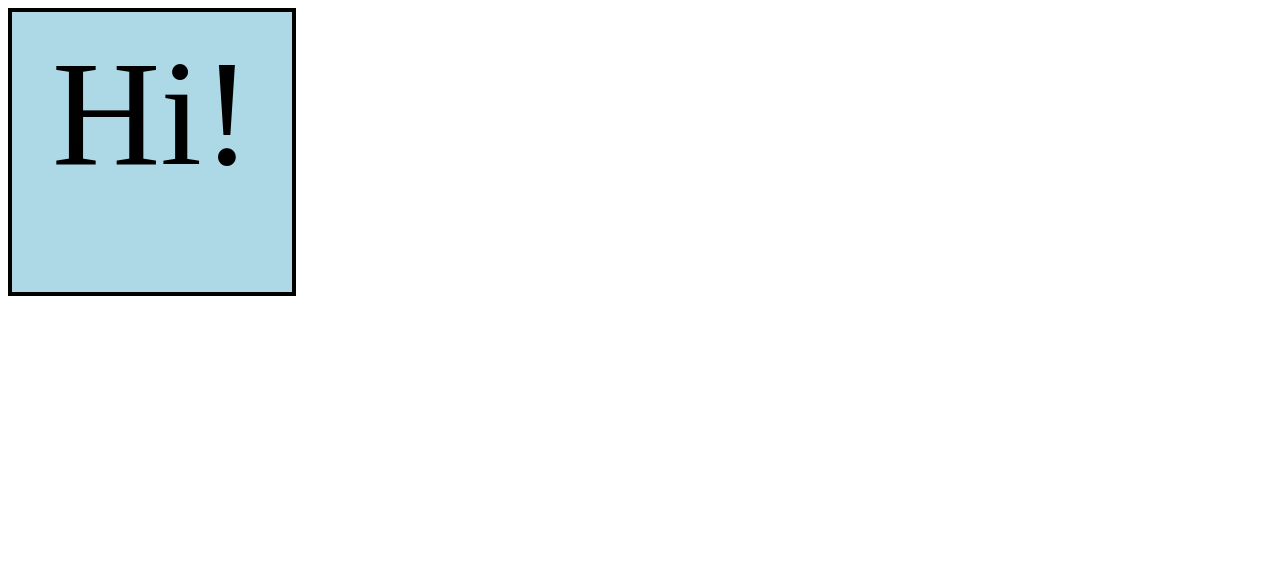
Repository: nottonofclay/csi_waymo
Page: transformations/transformations.html
An editor plug-in stored every save of this project. The page is shown before and after the next save, followed by the edit.
The browser window is 1280 px wide. The pictures show the whole page.

Above is the page before, as saved 2023-07-06 12:24:04.

After the next save:
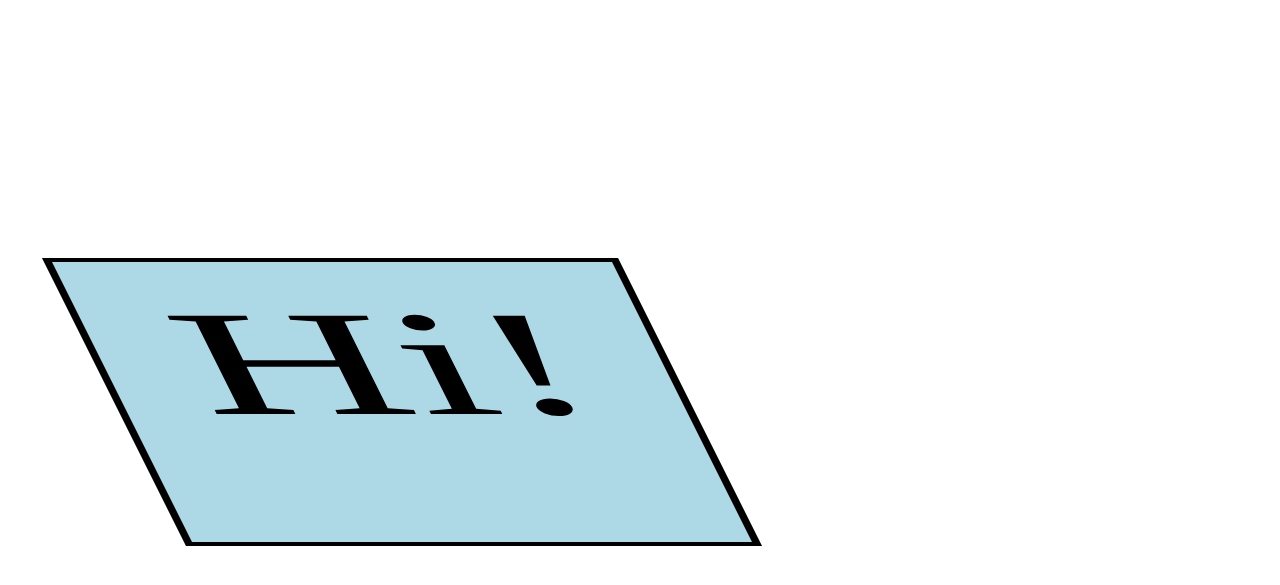
Saved 9 s later.
--- a/transformations/transformations.css
+++ b/transformations/transformations.css
@@ -24,5 +24,5 @@
     transform: skew(20deg, 40deg); */
 
     /* scale X, skew Y, skew X, scale Y, translate X, translate Y */
-    transform: matrix();
+    transform: matrix(2, 0, 0.5, 1, 250, 250);
 }
